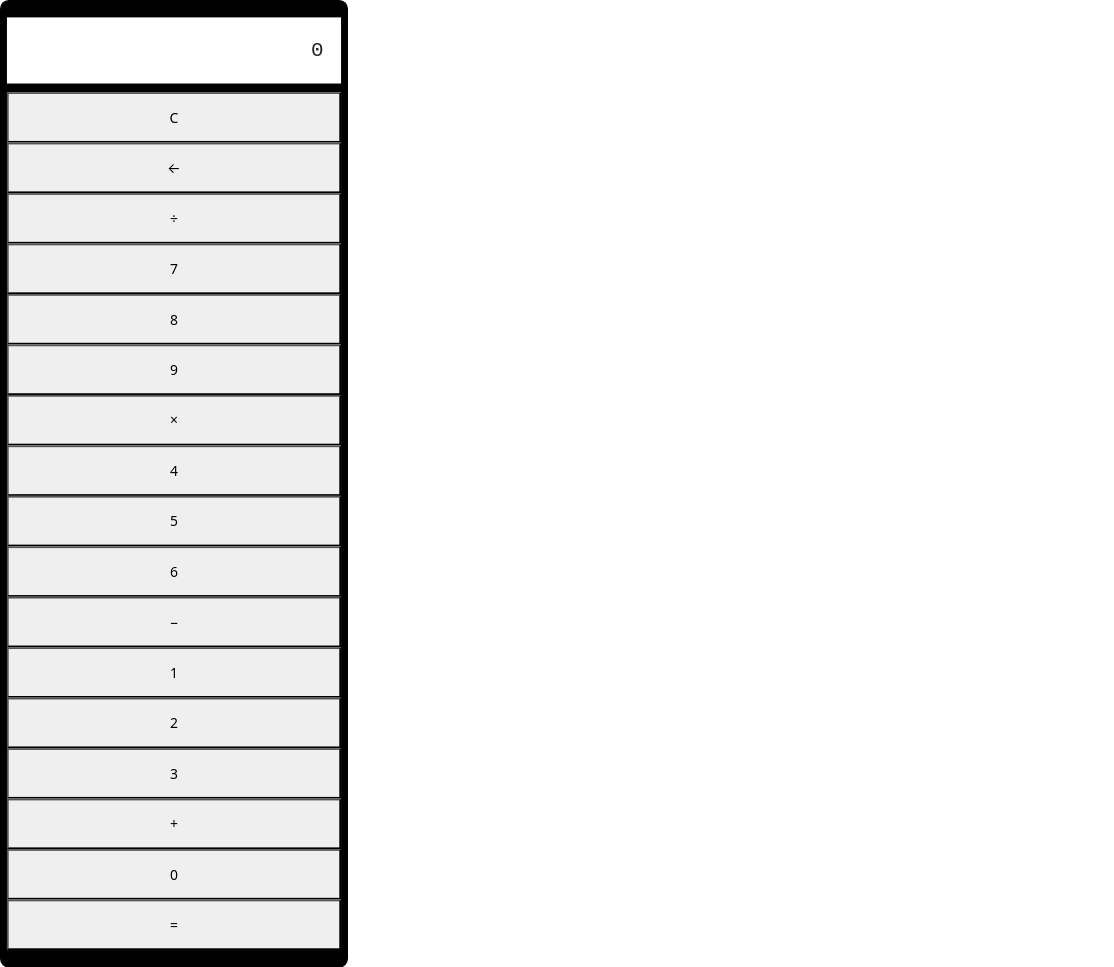
Repository: jgramirez0210/LAB-calculator
Page: index.html
The author's editor kept a copy of each file at every save. The page is drawn from the files as they stood at one save, then again after a run of saves.
The browser window is 1280 px wide. The pictures show the whole page, at 87% of full size.

Above is the page before, as saved 2023-10-10 20:49:59.

### index.html
<!DOCTYPE html>
<html lang="en">
<head>
  <meta charset="UTF-8">
  <meta name="viewport" content="width=device-width, initial-scale=1.0">
  <title>Calculator</title>
  <link href="https://cdn.jsdelivr.net/npm/bootstrap@5.3.2/dist/css/bootstrap.min.css" rel="stylesheet" integrity="sha384-T3c6CoIi6uLrA9TneNEoa7RxnatzjcDSCmG1MXxSR1GAsXEV/Dwwykc2MPK8M2HN" crossorigin="anonymous">
  <link rel="stylesheet" href="main.css">
</head>
<body>
  <div class="calculator-wrapper">
    <div class="row">
    <div id="display">0</div>
    <button id="clear-btn">C</button>
    <button id="back-btn">←</button>
    <button id="divide-btn">÷</button>
  </div>
  <div class="row">
    <button id="7">7</button>
    <button id="8">8</button>
    <button id="9">9</button>
    <button id="multiply">×</button>
  </div>
  <div class="row">
    <button id="4">4</button>
    <button id="5">5</button>
    <button id="6">6</button>
    <button id="minus">−</button>
  </div>
  <div class="row">
    <button id="1">1</button>
    <button id="2">2</button>
    <button id="3">3</button>
    <button id="add">+</button>
  </div>
  <div class="row">
    <button id="0">0</button>
    <button id="=">=</button>
  </div>
  </div>
  <script src="https://cdn.jsdelivr.net/npm/bootstrap@5.3.2/dist/js/bootstrap.bundle.min.js" integrity="sha384-C6RzsynM9kWDrMNeT87bh95OGNyZPhcTNXj1NW7RuBCsyN/o0jlpcV8Qyq46cDfL" crossorigin="anonymous"></script>
  <script src="main.js"></script>
</body>
</html>

### main.css
.calculator-wrapper {
  width: 400px;
  background-color: #000000;
  padding: 20px;
  border-radius: 10px;
}

#display {
  font-family: monospace;
  background-color: #ffffff;
  padding: 20px;
  font-size: 24px;
  margin-bottom: 10px;
  text-align: right;
}

.row {
  display: flex;
  justify-content: space-between;
  margin-bottom: 2$;
}

button {
  width: 24.5%;
  padding:15px;
  font-size
}

### main.js
console.log("testeroo")

After the next 6 saves:
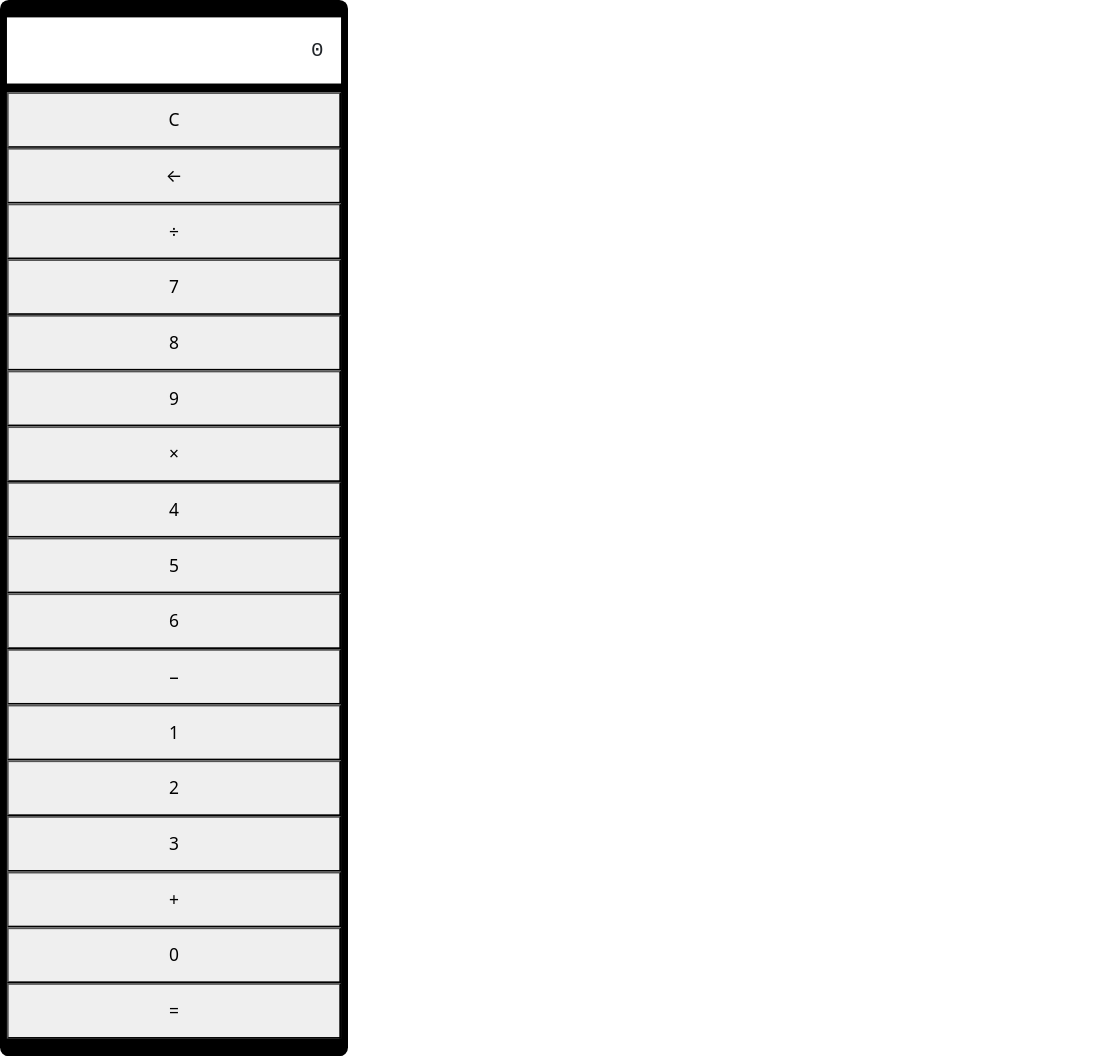
The 6 saves are shown as one change because they came seconds apart.
The last was saved 18 s later.
--- a/main.css
+++ b/main.css
@@ -23,5 +23,6 @@
 button {
   width: 24.5%;
   padding:15px;
-  font-size
+  font-size: 20px;
+  background-color: #d8
 }
